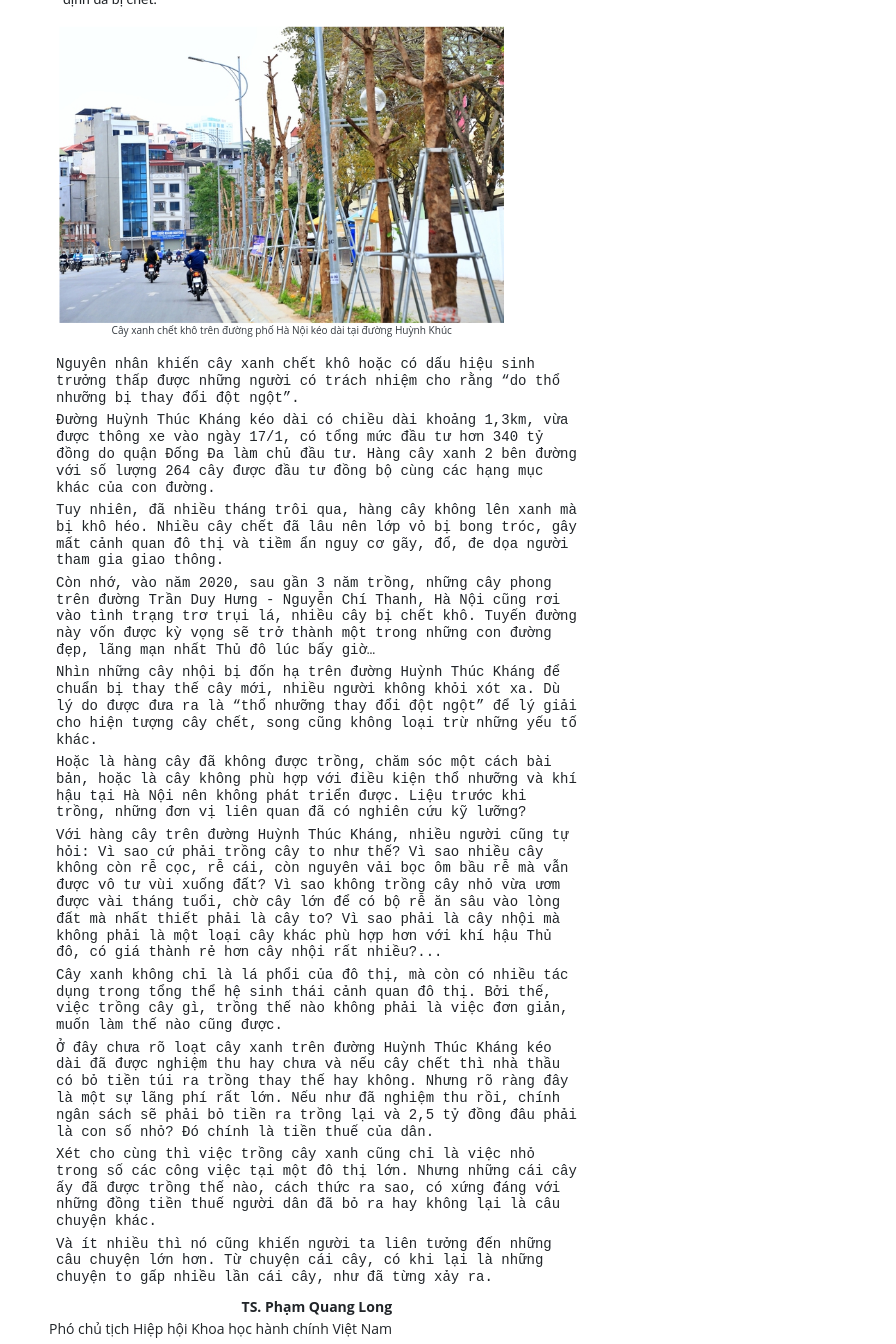
Repository: TRITO719/18_TrinhQuocToan_20081631
Page: So37/html/caykho.html
The author's editor kept a copy of each file at every save. The page is drawn from the files as they stood at one save, then again after the next save.
The browser window is 1280 px wide. The pictures show the part of the page from y = 885 to 2805 px (the page is 2805 px tall), at 70% of full size.

Above is the page before, as saved 2023-04-19 12:58:28.

After the next save:
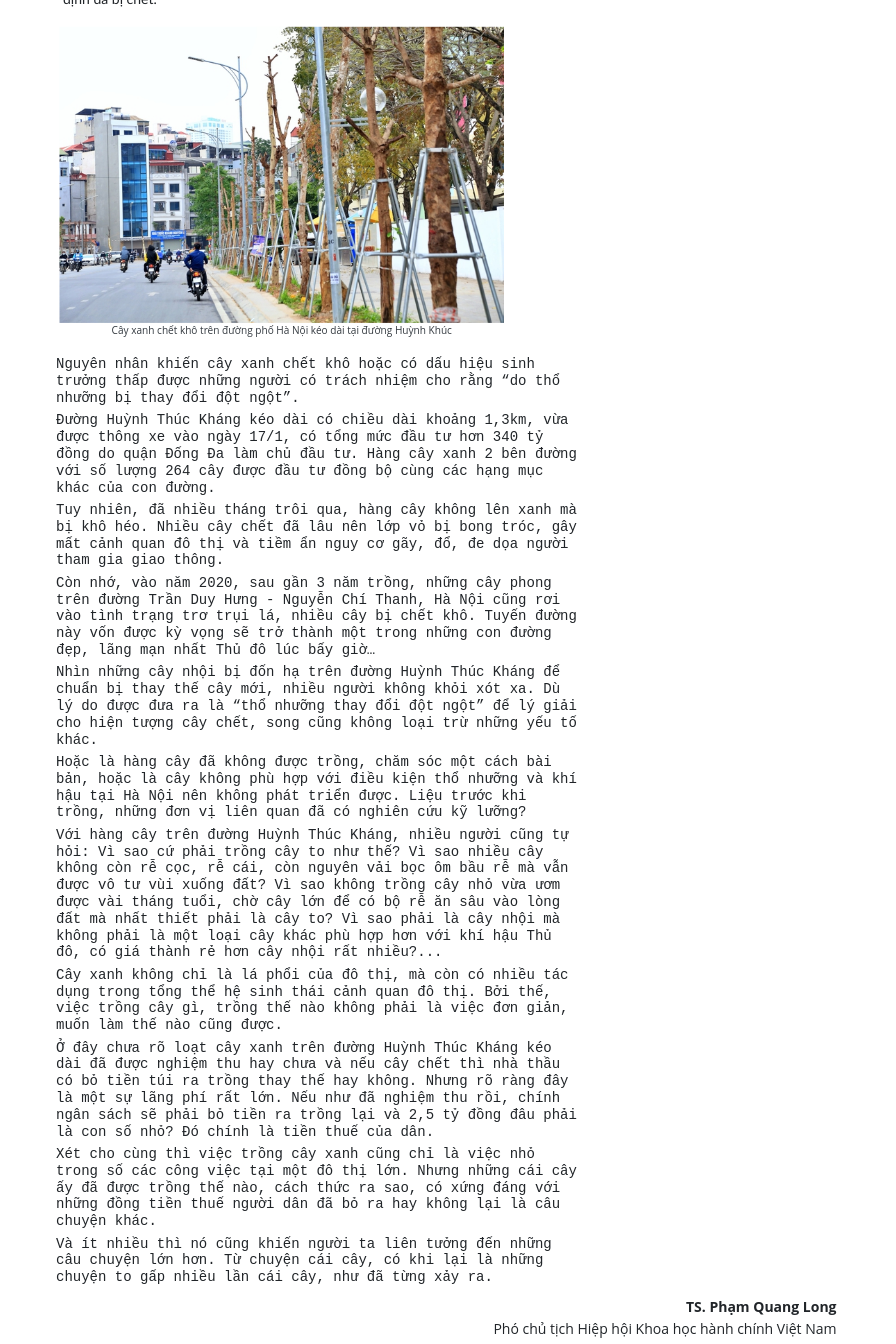
Saved 27 s later.
--- a/So37/html/caykho.html
+++ b/So37/html/caykho.html
@@ -149,18 +149,16 @@
                     Và ít nhiều thì nó cũng khiến người ta liên tưởng đến những câu chuyện lớn hơn. Từ chuyện cái cây, có khi lại là những chuyện to gấp nhiều lần cái cây, như đã từng xảy ra.
                 </h5>
             </div>
-            <div class=float-right>
-                <div class="text-right">
-                    <h5 class="font-weight-bold">
-                        TS. Phạm Quang Long
-                    </h5>
-                    <h5>
-                        Phó chủ tịch Hiệp hội Khoa học hành chính Việt Nam
-                    </h5>
 
-                </div>
 
-            </div>
+        </div>
+        <div class="text-right">
+            <h5 class="font-weight-bold">
+                TS. Phạm Quang Long
+            </h5>
+            <h5>
+                Phó chủ tịch Hiệp hội Khoa học hành chính Việt Nam
+            </h5>
 
         </div>
 
